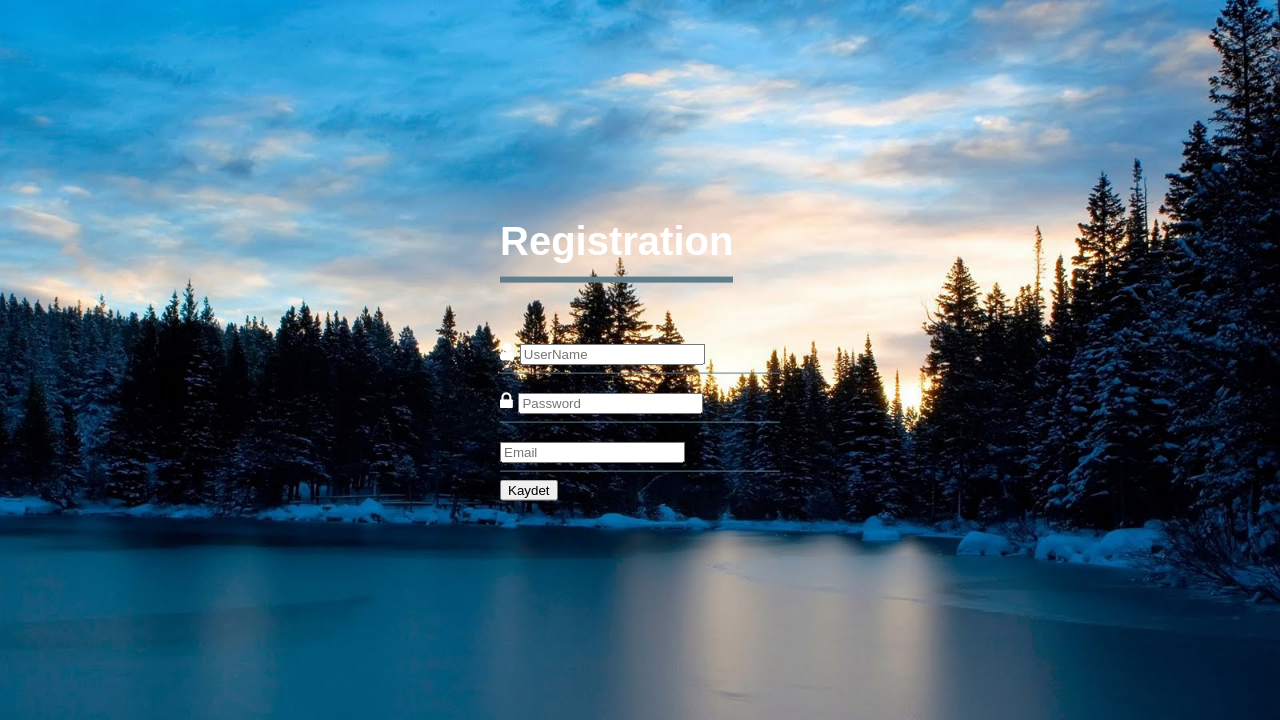
Repository: Berilinanir/Login-Logout-System
Page: Loginn/WebContent/registration.html
An editor plug-in stored every save of this project. The page is shown before and after the next save, followed by the edit.
The browser window is 1280 px wide. The pictures show the whole page.

Above is the page before, as saved 2018-10-13 09:52:16.

### Loginn/WebContent/registration.html
<!DOCTYPE html>
<html>
<head>
<meta charset="ISO-8859-1">
<title>Insert title here</title>





<link rel="stylesheet" type="text/css" href="style.css">

</head>

<body >

  <form method="post" action="Main">

  <div class="registration-box">

  <h1>Registration</h1>

  <div class="textbox">

     <i class="fa fa-user" aria-hidden="true" ></i>

          <input type="text" placeholder="UserName"  name="" value="">
  </div>


   <div class="textbox">

     <i class="fa fa-lock" aria-hidden="true"></i>

         <input  type="password" placeholder="Password" name="" value="">

   </div>

  <div class="textbox">


   <input type="email" placeholder="Email" name="" value="">

  </div>

  <input class="btn" type="button"  name="" value="Kaydet">
<pre>

</pre>
</form>
 </div>
</body>
</html>

### Loginn/WebContent/style.css
@charset "UTF-8";

@import "https://stackpath.bootstrapcdn.com/font-awesome/4.7.0/css/font-awesome.min.css";


body{

	margin:0;
	padding:0;
	font-family:sans-serif;
	background:url("resim2.jpg") no-repeat;
	background-size:cover;

}

.registration-box{

	  width:280px;
	  position:absolute;
	  top:50%;
	  left:50%;
	  transform:translate(-50%,-50%);
	  color:white;

}

.registration-box h1{

	float:left;
	font-size:40px;
	border-bottom:6px solid #607d8b;
	margin-bottom:50px;
	padding:13px 0

}

.textbox{

	width:100%;
	overflow:hidden;
	font-size:20px;
	padding:8px 0;
	margin:8px 0;
	border-bottom:1px solid #607d8b;
}

After the next save:
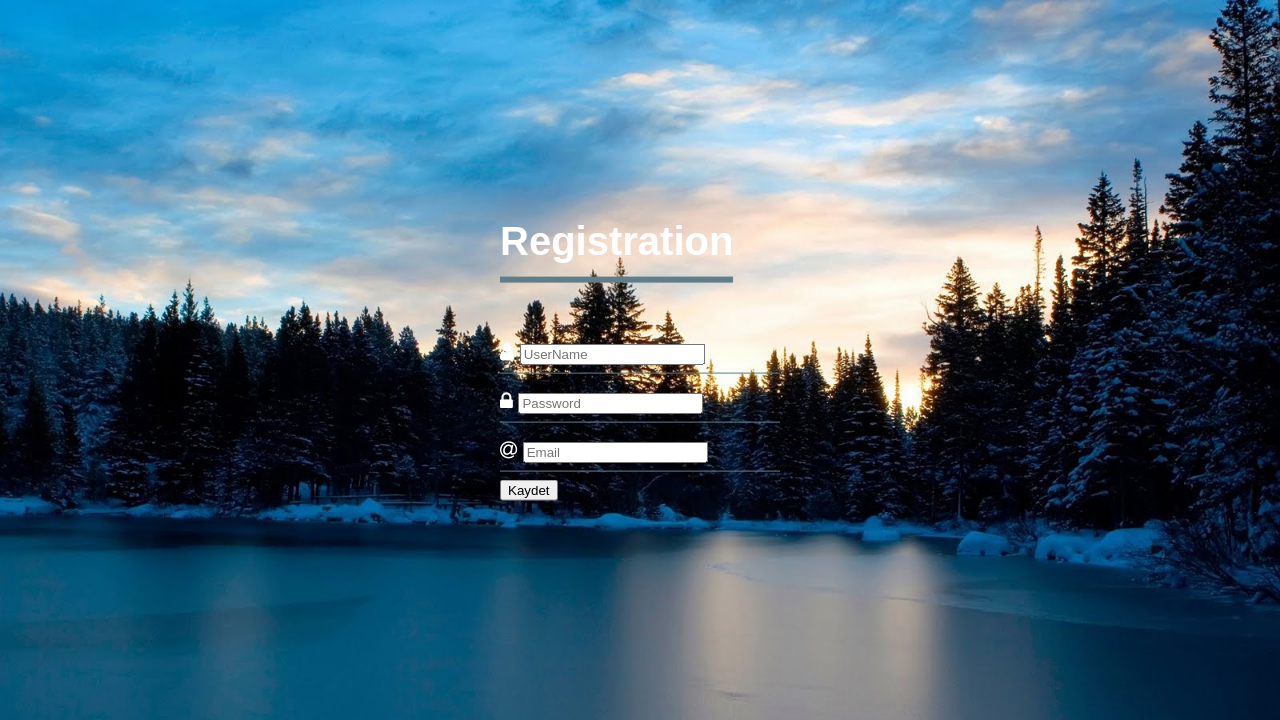
Saved 2 min 53 s later.
--- a/Loginn/WebContent/registration.html
+++ b/Loginn/WebContent/registration.html
@@ -38,6 +38,7 @@
 
   <div class="textbox">
 
+      <i class="fa fa-at" aria-hidden="true"></i>
 
    <input type="email" placeholder="Email" name="" value="">
 
